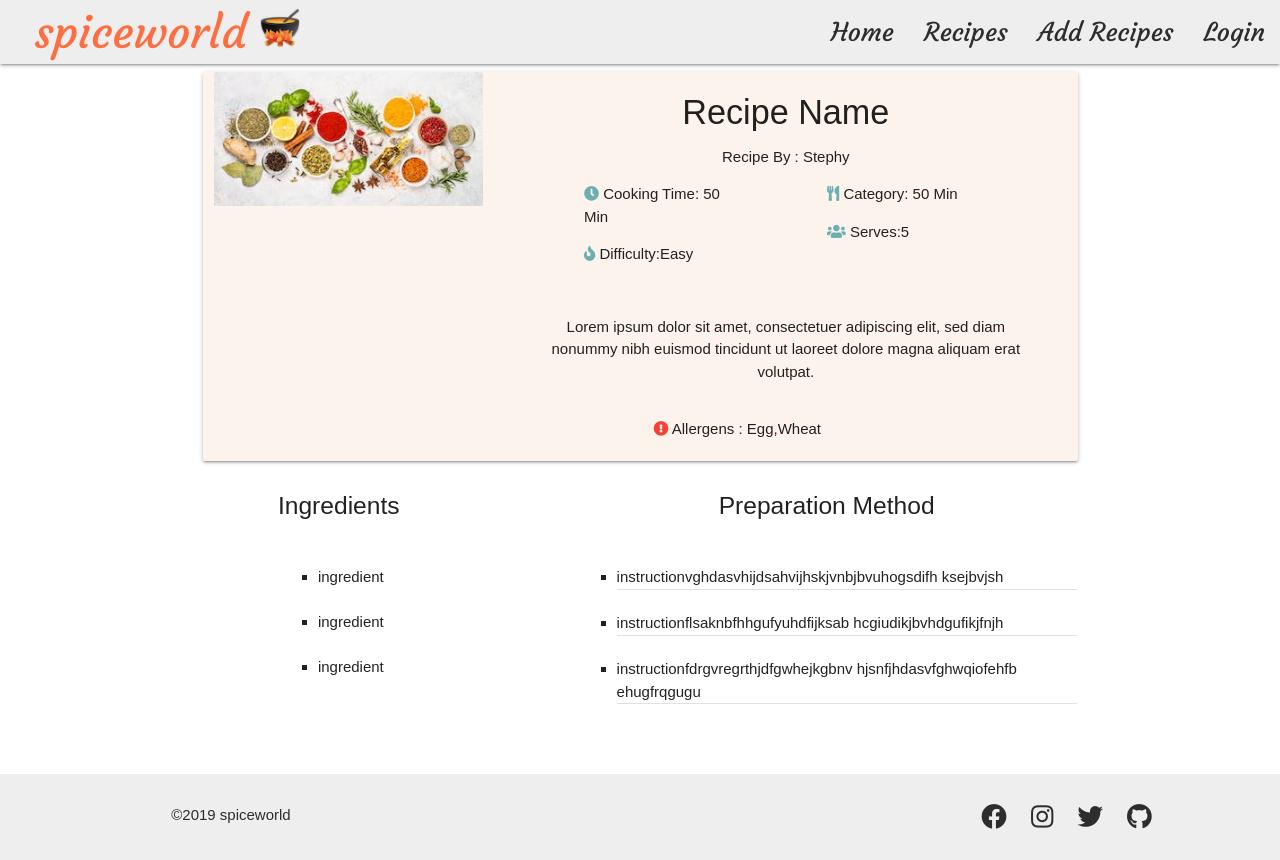
Repository: stephyraju/spiceworld
Page: http://localhost/view_recipes
The author's editor kept a record of every edit. The page is drawn from the files as they stood at one moment, then again after the next edit.
The browser window is 1280 px wide. The pictures show the whole page.
Some web libraries are served in a nearby version. The page is served by the project's application, run on Flask 3 (app.py). Queries for data that is not in the repository find no rows.

Above is the page before.

### templates/view.html
{% extends 'base.html' %} {% block content %}

<section class="section-container">
    <div class="container recipe-view">
        <div class="row card recipe-card">
            <div class="col s12 l4 center-align card-image">
                <img height="400" width="375" src="{{ url_for('static', filename='images/sidenav.png') }}" alt="recipe image" class="responsive-img materialboxed">
            </div>
            <div class="col s12 l8 center-align">
                <div class="recipe-header">
                    <h4>Recipe Name </h4>
                </div>
                <div class="author">
                    Recipe By : Stephy
                </div>
                <div class="row ">
                    <div class="col s5 offset-s1 left-align">
                        <div>
                            <p> <i class="fas fa-clock" style="color:rgb(109, 174, 177);"></i> Cooking Time: 50 Min
                            </p>
                        </div>

                        <div>
                            <p> <i class="fas fa-fire" style="color:rgb(109, 174, 177);"></i> Difficulty:Easy
                            </p>
                        </div>
                    </div>
                    <div class="col s5 left-align">
                        <div>
                            <p> <i class="fas fa-utensils" style="color:rgb(109, 174, 177);"></i> Category: 50 Min
                            </p>
                        </div>
                        <div>
                            <p> <i class="fas fa-users" style="color:rgb(109, 174, 177);"></i> Serves:5
                            </p>
                        </div>
                    </div>
                </div>
                <div class="row">
                    <div class="col s12 recipe-description">
                        <p>Lorem ipsum dolor sit amet, consectetuer adipiscing elit, sed diam nonummy nibh euismod tincidunt ut laoreet dolore magna aliquam erat volutpat.
                    </div>
                </div>
                <div class="row">
                <div class="col s10 ">
                 <i class="fas fa-exclamation-circle red-text"></i>
                 Allergens : Egg,Wheat
                </div>
                </div>
</section>
<section id="Ingredients-Preparation">
    <div class="container">
        <div class="row ">
            <!-- ingredient -->
            <div class="col s12 m4 offset-s1 offset-m1 ingredients">
                <div class="row">
                    <div class="col s12 ingredients">
                        <h5>Ingredients</h5>
                        <br>
                        <ol>
                            <li>
                                ingredient
                            </li>
                            <br>
                            <li>
                                ingredient
                            </li>
                            </br>
                            <li>
                                ingredient
                            </li>
                        </ol>
                    </div>
                </div>
            </div>
            <!-- Preparation -->
            <div class="col s12  m7 preparation">
                <div class="row">
                    <div class="col s12">
                        <h5 class="center">Preparation Method</h5>
                        <br>
                        <ol>
                            <li>
                                instructionvghdasvhijdsahvijhskjvnbjbvuhogsdifh ksejbvjsh
                            </li>
                            <div class="divider"></div>
                            <br>
                            <li class="collection-item">
                                instructionflsaknbfhhgufyuhdfijksab hcgiudikjbvhdgufikjfnjh
                            </li>
                            <div class="divider"></div>
                            <br>
                            <li class="collection-item">
                                instructionfdrgvregrthjdfgwhejkgbnv hjsnfjhdasvfghwqiofehfb ehugfrqgugu
                            </li>
                            <div class="divider"></div>
                        </ol>

                    </div>
                </div>
            </div>
        </div>
    </div>
    </div>
    </div>
</section>
<section>
    <div class="container recipe-view">
        <div class="row card recipe-card">
        </div>
    </div>
</section>
{% endblock %}

### templates/base.html
<!DOCTYPE html>
<html lang="en">

<head>
  <meta charset="UTF-8">
  <meta name="viewport" content="width=device-width, initial-scale=1.0">
  <meta http-equiv="X-UA-Compatible" content="ie=edge">
  <title>spiceworld</title>

  <!--Import Google Icon Font-->
  <link href="https://fonts.googleapis.com/icon?family=Material+Icons" rel="stylesheet">
  <!--Font Awesome-->
  <link rel="stylesheet" href="https://use.fontawesome.com/releases/v5.8.2/css/all.css" integrity="sha384-oS3vJWv+0UjzBfQzYUhtDYW+Pj2yciDJxpsK1OYPAYjqT085Qq/1cq5FLXAZQ7Ay" crossorigin="anonymous">
  <!--Materialize CSS-->
  <link rel="stylesheet" href="https://cdnjs.cloudflare.com/ajax/libs/materialize/1.0.0/css/materialize.min.css">
  <!--CSS-->
  <link rel="stylesheet" href="{{ url_for('static', filename='css/style.css')}}" type="text/css" />

</head>

<body>

  <!--Header-->
  <header class="navbar-fixed">
    <nav>
      <div class="nav-wrapper grey lighten-3">
        <a href="#" class="brand-logo">spiceworld <img class="hide-on-med-and-down" src="{{ url_for('static', filename='images/logo.png') }}"></a>
        <a href="#" data-target="mobile-sidenav" class="sidenav-trigger"><i class="fas fa-bars"></i></a>
        <ul id="nav-mobile" class="right hide-on-med-and-down">
          <li><a href="{{ url_for('index') }}">Home</a></li>
          <li><a href="{{ url_for('get_recipes') }}">Recipes</a></li>
          <li><a href="{{ url_for('add_recipe') }}">Add Recipes</a></li>
          <li><a href="collapsible.html">Login</a></li>

        </ul>
      </div>
    </nav>
  </header>
  <!--Sidenav-->
  <ul class="sidenav" id="mobile-sidenav">
    <img class="responsive-img" src="{{ url_for('static', filename='images/sidenav.png') }}" alt="spices-image">

    <li><a class="active" href="#">Home</a></li>
    <li><a href="#!">Recipes</a></li>

    <li><a href="#">Login</a></li>
    <li><a class="waves-effect" href="#!">Third Link With Waves</a></li>
  </ul>

  <main>
    {% block content %}
    {% endblock %}
  </main>

  <footer class="page-footer grey lighten-3">

     <div class="row footer-content">
        <div class="col s5 m6">
          <div class="copyright">&copy;2019 spiceworld</div>
        </div>
        <div class="col s7 m3">
                    <a href="https://www.facebook.com/" target="_blank"><i class="fab fa-facebook social-icon"></i></a>
                    <a href="https://www.instagram.com/" target="_blank"><i class="fab fa-instagram social-icon"></i></a>
                    <a href="https://www.twitter.com/" target="_blank"><i class="fab fa-twitter social-icon"></i></a>
                    <a href="https://github.com/stephyraju" target="_blank"><i class="fab fa-github social-icon"></i></a>
        </div>

      </div>

  </footer>

  <script src="https://code.jquery.com/jquery-3.4.0.slim.js" integrity="sha256-milezx5lakrZu0OP9b2QWFy1ft/UEUK6NH1Jqz8hUhQ=" crossorigin="anonymous"></script>
  <script src="https://cdnjs.cloudflare.com/ajax/libs/materialize/1.0.0/js/materialize.min.js"></script>
  <script src="{{ url_for('static', filename='js/main.js') }}"></script>
</body>

</html>

### app.py
import os
from flask import Flask, render_template, redirect, request, url_for
from flask_pymongo import PyMongo
from bson.objectid import ObjectId

# declaring app name
app = Flask(__name__)

app.config["MONGO_DBNAME"] = 'cook_book'
app.config["MONGO_URI"] = os.getenv('MONGO_URI', 'mongodb://localhost')

mongo = PyMongo(app)

@app.route('/')
@app.route('/index')
def index():
     return render_template("index.html", recipes=mongo.db.recipes.find())

#@app.route('/get_recipes',methods=['POST','GET'])
#def get_recipes():
 #   return render_template("recipes.html", recipes=mongo.db.recipes.find())

@app.route("/get_recipes", methods=['POST', 'GET'])
def get_recipes():
    return render_template('recipes.html',
                         recipes=mongo.db.recipes.find(),
                         categories = mongo.db.categories.find())


@app.route('/add_recipe')
def add_recipe():
     return render_template("addrecipe.html",
               recipes=mongo.db.recipes.find(),
               categories = mongo.db.categories.find(),
               cuisines=mongo.db.cuisines.find(),
               difficulty=mongo.db.difficulty.find(),
               allergens=mongo.db.allergens.find())


@app.route('/insert_recipe', methods=['POST'])
def insert_recipe():
    print(request.form)
    print(request.form.getlist('ingredients[]'))
    print(request.form.to_dict())
    recipes = mongo.db.recipes
    data = request.form.to_dict()
    data.update({'ingredients':request.form.getlist('ingredients[]')})
    del data['ingredients[]']
    recipes.insert_one(data)
    return redirect(url_for('get_recipes'))

@app.route('/view_recipes', methods=['GET'])
def view_recipes():
     return render_template("view.html",
               categories=mongo.db.categories.find())


if __name__ == '__main__':
    app.run(host=os.environ.get('IP'),
            port=int(os.environ.get('PORT')),
            debug=True)

### static/css/style.css
@import url('https://fonts.googleapis.com/css?family=Courgette&display=swap');

body {
  background-color: F0F0F0;
  font-family: 'ProximaNova Regular', sans-serif;
  display: flex;
  flex-direction: column;
  min-height: 100vh;
  overflow-x: hidden;
}
.section-container {
  max-width: 100%;
  margin-left: auto;
  margin-right: auto;
  padding-left: 15px;
  padding-right: 15px;
  border-radius: 5px;
}
/* -------- Nav Bar ----------*/

nav {
     font-family: 'Courgette';
}

nav .brand-logo {
    color: #ff6e40;
    font-size: 3rem;
    font-family: 'Courgette', cursive;
    -webkit-transition: 0.2s;
    -o-transition: 0.2s;
    transition: 0.2s;
}

@media screen and (min-width: 993px){
nav .brand-logo {
    margin-left: 2.3rem;
}
}
nav ul a {
  color:#2d2d2d;
  font-size: 1.7rem;
  font-family: 'Courgette';
}
nav ul a:hover,
nav ul .active {
  color:#76c14f;
}
.fa-bars{
  color: #ff6e40;
}

/*--------Title----------*/

.title-container{
  position: relative;
  text-align: center;
  color: white;
  width:100%;
  margin-top: 20px;
}
.title-container img{
    display: block;
    width: 100%;
    height: 25vh;
    object-fit: cover;
    border-radius: 5px;
}

.intro-content{
  position: absolute;
  top: 50%;
  left: 70%;
  transform: translate(-50%, -50%);
}
/*--------Category---------*/

.catergory-container{
  font-size: 1.2rem;
  color:#2d2d2d;
  margin-top: 20px;
  background-color:#eeeeee;
  height:70px;
  margin-left: 15px;
  margin-right: 15px;
}
.catergory-container .row {
  padding-top: 20px;
}
.catergory-container a {
  color:#2d2d2d;
}
.catergory-container a :hover {
  color:#ff6e40 !important;
}

/*--------Description---------*/
.cells h4 {
  font-family: 'Muli','sans-serif';
}
.cells h5{
  color: #76c14f;
  font-size: 1.5rem;
  font-family: 'Courgette',sans-serif;
}
 p {
  padding-left: 30px;
  padding-right: 30px;
}
.content{
  margin-top: 20px;
  margin-bottom: 20px;
}
/*--------View Recipe---------*/
li {
  list-style: square;
  }
 .recipe-view .card {
   background-color: #fcf4ec;
 }
/*--------Footer---------*/

.page-footer i{
  color:#2d2d2d;
}
.page-footer i:hover{
   color:#ff6e40;
}
.page-footer {
    min-height: 45px;
}
.footer-content{
  display:flex;
  color:#2d2d2d;
}
.copyright{
  padding-top: 10px;
}
.social-icon {
  margin: 10px;
  color: white;
  font-size: 1.7rem;
}

### static/js/main.js
$(document).ready(function(){
    $('.sidenav').sidenav();
    $('.dropdown-trigger').dropdown();
    $('select').formSelect();
    $('.carousel').carousel();

  });

 var ingredientField = $(".ingredient").length;
    $("#add_ingredient").on("click", function () {
        $("select").formSelect("destroy");
        $(".new-ingredient:first").clone().insertBefore("#add_ingredient").find("input[type='text'], select, textarea").val("");
        $("select").formSelect();
        ingredientField += 1;
    });

    $("#remove_ingredient").on("click", function () {
        if (ingredientField > 1) {
            /* only remove the :last item */
            $(this).siblings(".new-ingredient:last").remove();
            /* ensure original ingredient line never gets deleted */
            ingredientField-= 1;
        }
    });


var methodField = $(".method").length;
    /* add new cloned item */
    $("#add-method").on("click", function () {
        /* clone and remove existing values */
        $(".new-step:first").clone().insertBefore("#add-method").find("input[type='text'], select, textarea").val("");
        /* increase counter so original direction is never removed */
        methodField += 1;
    });
    /* delete last cloned item */
    $("#remove-method").on("click", function () {
        if ( methodField > 1) {
            /* only remove the :last item */
            $(this).siblings(".new-step:last").remove();
            /* ensure original direction line never gets deleted */
            methodField -= 1;
        }
    });

After the next edit:
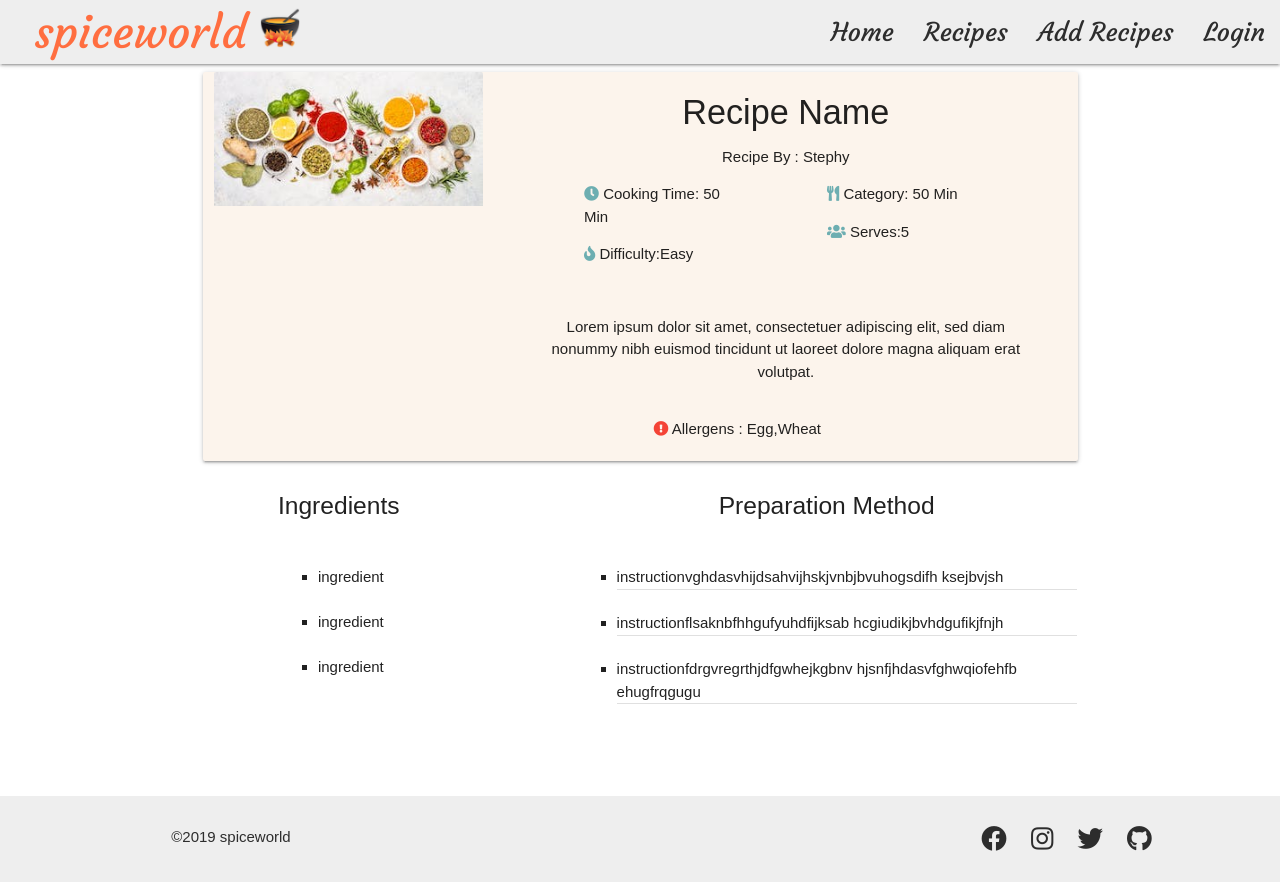
The edit:
--- a/templates/view.html
+++ b/templates/view.html
@@ -110,4 +110,12 @@
         </div>
     </div>
 </section>
+<section>
+<div class="row">
+<div class="col s12">
+</div>
+<div class="col s12">
+</div>
+</div>
+</section>
 {% endblock %}
